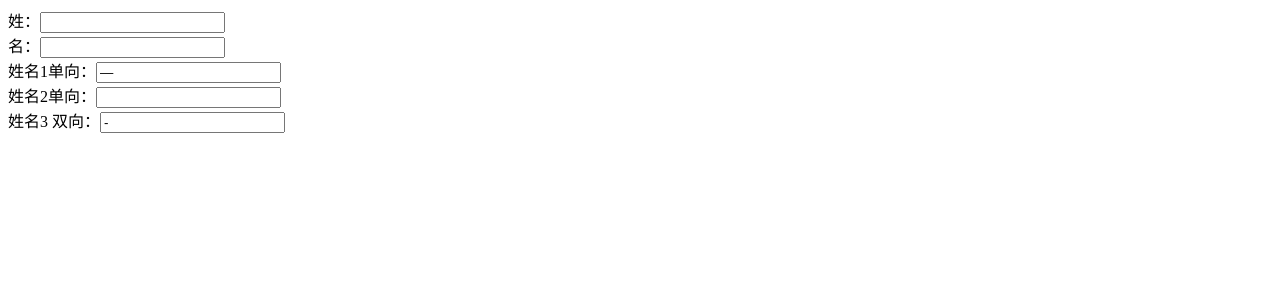
Repository: Shawn1030/vue_mall
Page: 1.html
An editor plug-in stored every save of this project. The page is shown before and after the next save, followed by the edit.
The browser window is 1280 px wide. The pictures show the whole page.
Some web libraries are served in a nearby version.

Above is the page before, as saved 2020-04-28 21:26:38.

After the next save:
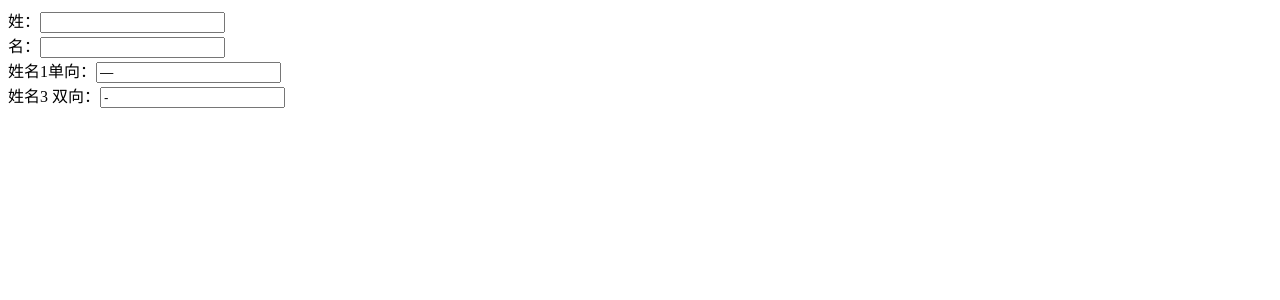
Saved 30 s later.
--- a/1.html
+++ b/1.html
@@ -13,7 +13,6 @@
     姓：<input type="text" v-model='firstName'><br>
     名：<input type="text" v-model='lastName'><br>
     姓名1单向：<input type="text" v-model='fullName'><br>
-    姓名2单向：<input type="text" v-model='firstName'><br>
     姓名3 双向：<input type="text" v-model='fullName2'>
     <p>{{firstName}}</p>
   </div>
